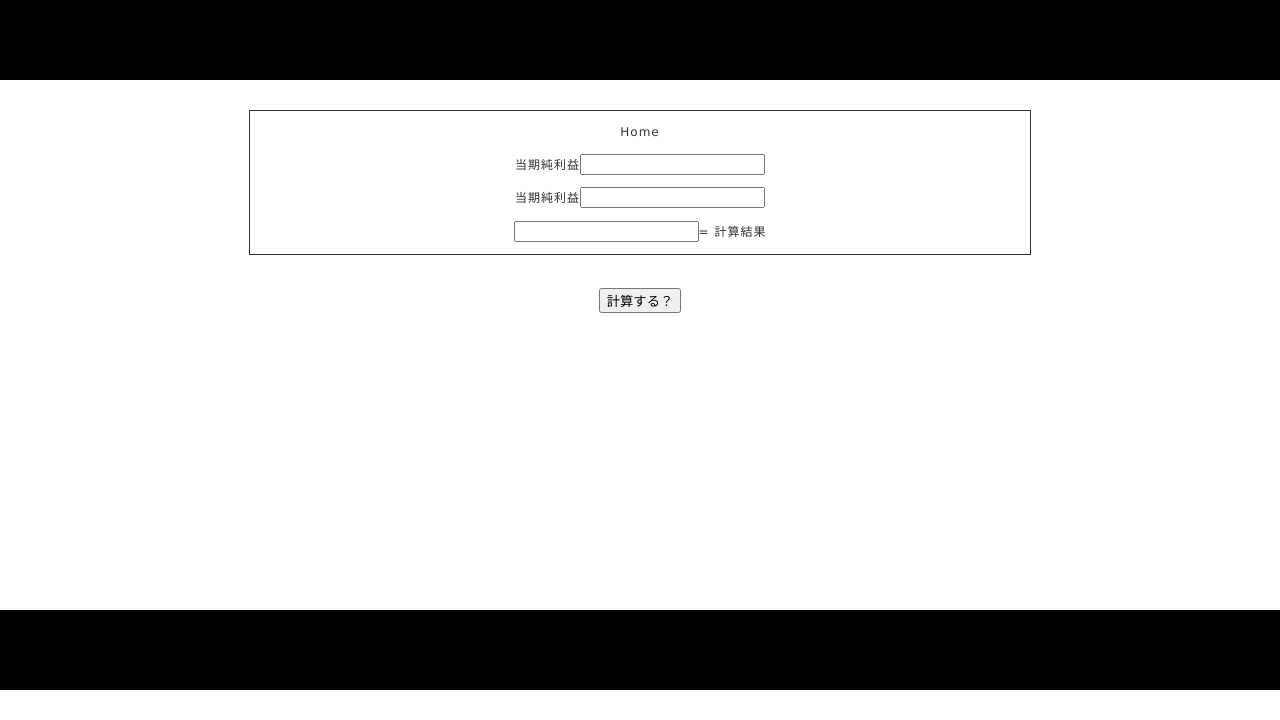
Repository: HattoriKotaro19920408/Keisanchan
Page: http://localhost/Keisanchan/
The author's editor kept a copy of each file at every save. The page is drawn from the files as they stood at one save, then again after the next save.
The browser window is 1280 px wide. The pictures show the whole page.
The page is served by Tomcat 9. Other server files are loaded and not shown.

Above is the page before, as saved 2018-08-16 01:57:47.

### Keisanchan/WebContent/home.jsp
<%@ page language="java" contentType="text/html; charset=UTF-8"
    pageEncoding="UTF-8"%>
<%@ taglib prefix="s" uri="/struts-tags" %>
<!DOCTYPE html PUBLIC "-//W3C//DTD HTML 4.01 Transitional//EN" "http://www.w3.org/TR/html4/loose.dtd">
<html>
<head>
<meta http-equiv="Content-Type" content="text/html; charset=utf-8" />
<meta http-equiv="Content-Style-Type" content="text/css" />
<meta http-equiv="Content-Script-Type" content="text/javascript" />
<meta http-equiv="imagetoolbar" content="no" />
<meta name="description" content="" />
<meta name="keywords" content="" />

<title>Home画面</title>
<style type="text/css">
   body{
      margin:0;
      padding:0;
      line-height:1.6;
      letter-spacing:1px;
      font-family:Verdana, Helvetica, sans-serif;
      font-size:12px;
      color:#333;
      background:#fff;
   }
   table{
     text-align:center;
     margin:o auto;
   }

   #top{
     width:780px;
     margin:30px auto;
     border:1px solid #333;
   }
   #header{
     width:100%;
     height:80px;
     background-color:black;
   }
   #main{
     width:100%;
     height:500px;
     text-align:center;
   }
   #footer{
     width:100%;
     height:80px;
     background-color:black;
     clear:both;
   }
   #text-center{
      display:inline-block;
      text-align:center;
   }
</style>
</head>
<body>
 <div id="header">
         <div id="pr">
         </div>
    </div>

    <div id="main">
         <div id="top">
              <p>Home</p>
              <p>当期純利益<input type="number" name="toki" value=""><p/>
              <form oninput="document.getElementById('roe').value =
					parseInt(document.getElementById('toki').value, 10) /
					parseInt(document.getElementById('zikoshi').value, 10)">
					<p>当期純利益<input type="number" id="toki"><p/>
					<input type="number" id="zikoshi">=
					<output for="na nb" id="roe">計算結果</output>
					</form>
         </div>

         <div id="text-center">
              <s:form action="HomeAction">
                      <s:submit value="計算する？"/>
              </s:form>
              <s:if test = "#session.id !=null">
                      <p>ログアウトする場合は<a href='<s:url action="LoginAction"/>'>こちら</a></p>
              </s:if>
         </div>
    </div>
    <div id="footer">
         <div id = "pr">
         </div>
    </div>

</body>
</html>

After the next save:
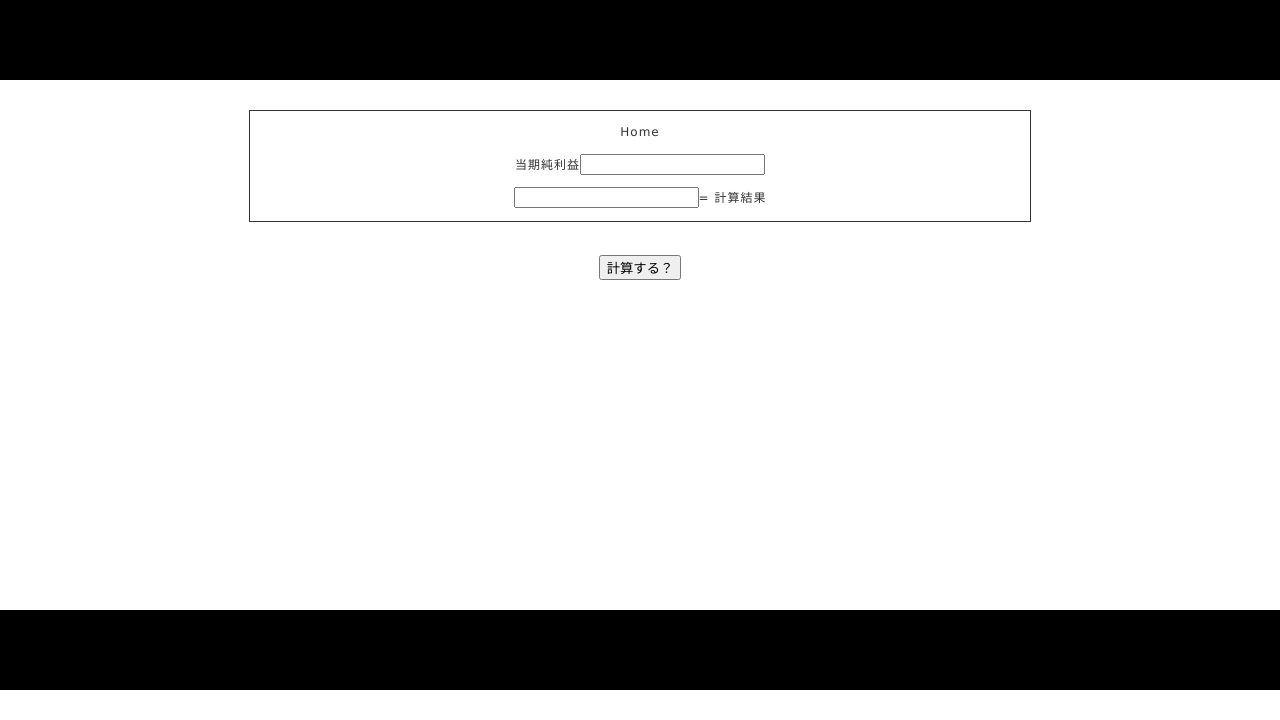
Saved 45 s later.
--- a/Keisanchan/WebContent/home.jsp
+++ b/Keisanchan/WebContent/home.jsp
@@ -64,7 +64,7 @@
     <div id="main">
          <div id="top">
               <p>Home</p>
-              <p>当期純利益<input type="number" name="toki" value=""><p/>
+
               <form oninput="document.getElementById('roe').value =
 					parseInt(document.getElementById('toki').value, 10) /
 					parseInt(document.getElementById('zikoshi').value, 10)">
